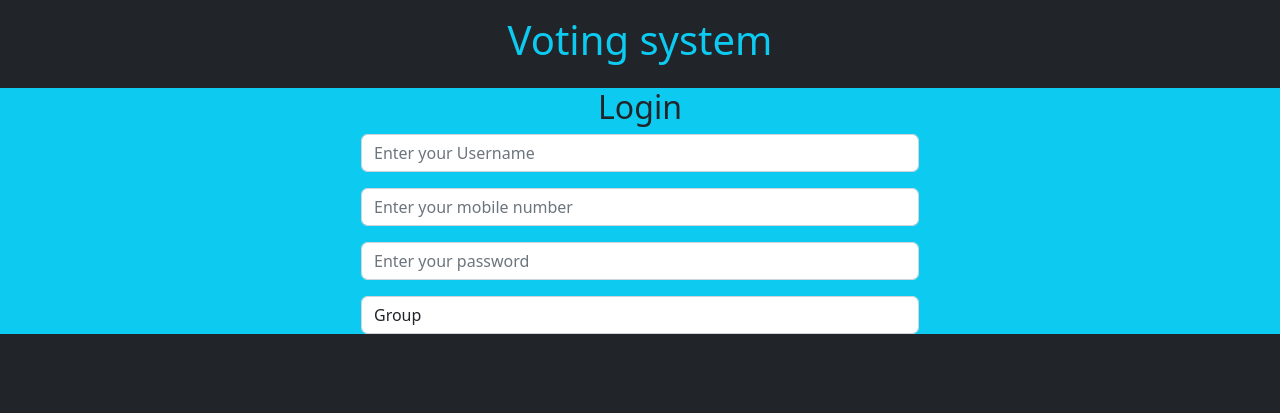
Repository: AvinashLikesToLearnNewStuff/VotingSite
Page: http://localhost/
These files come from the project's save history. The page is drawn as it stood at one moment and after the next save; the edit follows.
The browser window is 1280 px wide. The pictures show the whole page.
The page is run by PHP 8.4 with error messages shown; the project is at /var/www/html/.

Above is the page before, as saved 2023-03-09 10:01:01.

### index.php
<!DOCTYPE html>
<html lang="en">
<head>
    <meta charset="UTF-8">
    <meta http-equiv="X-UA-Compatible" content="IE=edge">
    <meta name="viewport" content="width=device-width, initial-scale=1.0">
    <title>PHP voting system</title>
    <!-- bootstrap css link -->
     <link href="https://cdn.jsdelivr.net/npm/bootstrap@5.2.3/dist/css/bootstrap.min.css" rel="stylesheet" integrity="sha384-rbsA2VBKQhggwzxH7pPCaAqO46MgnOM80zW1RWuH61DGLwZJEdK2Kadq2F9CUG65" crossorigin="anonymous">
</head>
<body class="bg-dark">
    <h1 class=  "text-info text-center p-3">Voting system</h1>
    <div class="bg-info">
        <h2 class="text-center">Login</h2>
        <div class="container">
            <form action="">
                <div class="mb-3">
                    <input type="text" name="username" class="form-control w-50 m-auto" placeholder="Enter your Username" required= "required">
                </div>

                <div class="mb-3">
                    <input type="text" name="mobile" class="form-control w-50 m-auto" placeholder="Enter your mobile number" required= "required" maxLength="10" minLength="10">
                </div>

                <div class="mb-3">
                    <input type="password" name="password" class="form-control w-50 m-auto" placeholder="Enter your password" required= "required">
                </div>
                <div class="mb-3">
                    <select name="std" class="form-control w-50 m-auto" >
                        <option value="group">Group</option>
                        <option value="voter">Voter</option>
                    </select>
                </div>

            </form>
        </div>
    </div>

</body>
</html>

After the next save:
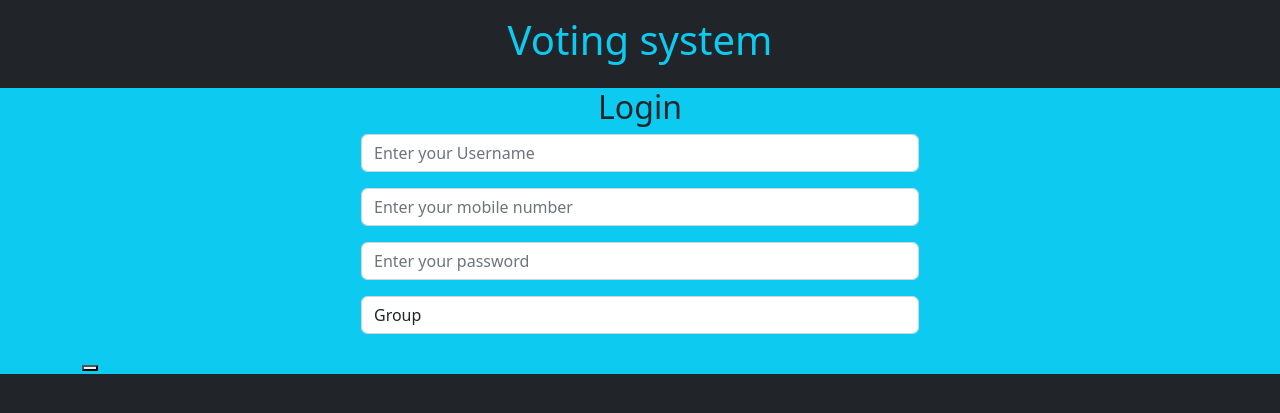
Saved 6 min 18 s later.
--- a/index.php
+++ b/index.php
@@ -31,7 +31,7 @@
                         <option value="voter">Voter</option>
                     </select>
                 </div>
-
+                <button type="submit"></button>
             </form>
         </div>
     </div>
